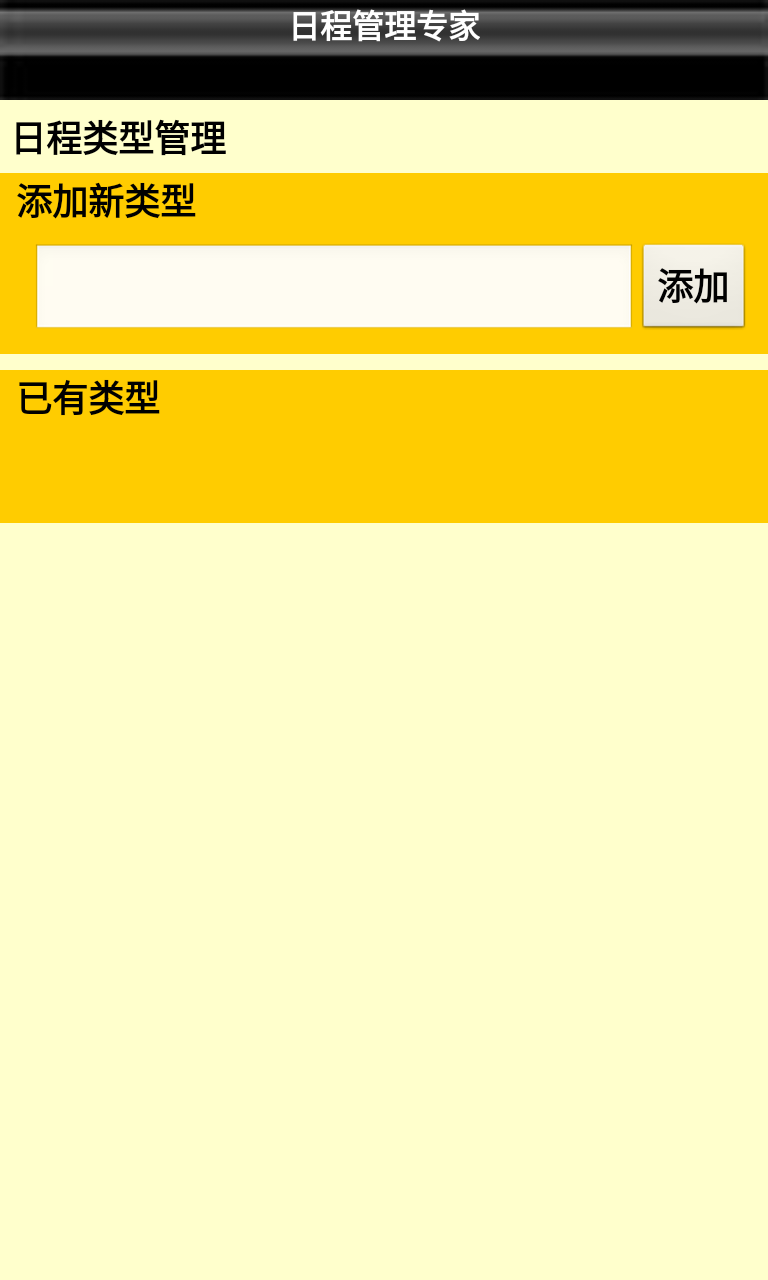
Repository: gogolaile/CoolWeather
Layout: DayDel/res/layout/add.xml
The author's editor kept a copy of each file at every save. The layout is drawn from the files as they stood at one save, then again after the next save.
It is drawn on a 768 x 1280 px phone screen (xhdpi) without system bars, with theme android:Theme.NoTitleBar.Fullscreen; the app's code is not run. Lists and similar views that code fills are empty.

Above is the layout before, as saved 2015-12-05 10:08:22.

### DayDel/res/layout/add.xml
<LinearLayout xmlns:android="http://schemas.android.com/apk/res/android"
    android:layout_width="match_parent"
    android:layout_height="match_parent"
    android:background="#FFFFCC"
    android:orientation="vertical">

    <FrameLayout
        android:layout_width="match_parent"
        android:layout_height="50dp"
        android:background="@drawable/title">
    <TextView
        android:layout_width="wrap_content"
        android:layout_height="wrap_content"
        android:text="@string/day_manager"
        android:textSize="16sp"
        android:textColor="#FFFF"
        android:textStyle="bold"
        android:layout_gravity="center_horizontal"
        />
     </FrameLayout>
    <TextView
        android:layout_width="wrap_content"
        android:layout_height="wrap_content"
        android:text="@string/daytype_manage"
        android:textSize="18sp"
        android:textColor="#000"
        android:textStyle="bold"
        android:layout_margin="5dp"/>
      <LinearLayout
          android:layout_width="match_parent"
          android:layout_height="wrap_content"
          android:orientation="vertical"
          android:background="#FFCC00">
        <TextView
           android:layout_width="wrap_content"
           android:layout_height="wrap_content"
           android:text="@string/add_new_type"
           android:textColor="#000"
           android:textStyle="bold"
           android:textSize="18sp"
           android:layout_marginLeft="8dp"
            />
           <TableLayout
                      android:layout_width="match_parent"
                      android:layout_height="wrap_content"
                      android:layout_margin="8dp"
                      android:stretchColumns="0"
                      >
                  <TableRow>
                    <EditText
                        android:id="@+id/add_type_edit"
                        android:layout_width="wrap_content"
                        android:layout_height="wrap_content"
                        android:textColor="#000"
                        android:textStyle="bold"
                        android:textSize="18sp"
                        android:layout_marginLeft="8dp"/>
                    <Button
                        android:id="@+id/add_type_button"
                        android:layout_width="wrap_content"
                        android:layout_height="wrap_content"
                        android:text="@string/add"
                        android:textColor="#000"
                        android:textStyle="bold"
                        android:textSize="18sp"/>
              </TableRow>
              </TableLayout>
     </LinearLayout>
           <LinearLayout
          android:layout_width="match_parent"
          android:layout_height="wrap_content"
          android:orientation="vertical"
          android:background="#FFCC00"
          android:layout_marginTop="8dp">
          <TextView
           android:layout_width="wrap_content"
           android:layout_height="wrap_content"
           android:text="@string/existing_type"
           android:textColor="#000"
           android:textStyle="bold"
           android:textSize="18sp"
           android:layout_marginLeft="8dp"
                 />
     <ListView
             android:layout_width="match_parent"
             android:layout_height="match_parent"
             android:background="#FFCC00"
             android:layout_marginLeft="5dp"
             android:layout_marginRight="5dp"
             android:layout_marginBottom="50dp">
     </ListView>
     </LinearLayout>
</LinearLayout>

### DayDel/res/values/strings.xml
<?xml version="1.0" encoding="utf-8"?>
<resources>

    <string name="app_name">DayDel</string>
    <string name="hello_world">Hello world!</string>
    <string name="action_settings">Settings</string>
    <string name="day_manager">日程管理专家</string>
    <string name="duty">已有日程</string>
    <string name="type">类型</string>
    <string name="theme">主题</string>
    <string name="remark">备注</string>
    <string name="add">添加</string>
    <string name="comeback">返回上一页</string>
    <string name="add_new_type">添加新类型</string>
    <string name="type_manager">类型管理</string>
    <string name="existing_type">已有类型</string>
    <string name="complete">完成</string>
    <string name="cancel">取消</string>
    <string name="set_the_alarm">设置闹钟</string>
    <string name="set_the_time">设置日期和时间</string>
    <string name="edit">更改</string>
    <string name="search">搜索</string>
    <string name="search_result">查找结果</string>
    <string name="limited_date_range">限定日期范围</string>
    <string name="conditions_search">按条件搜索</string>
    <string name="search_from">从指定类型中搜索</string>
    <string name="choose_all_type">选定以上所有类型</string>
    <string name="metting">会议</string>
    <string name="memo">备忘</string>
    <string name="date">约会</string>
    <string name="backlog">待办</string>
    <string name="date_changed">修改日程</string>
    <string name="date_build">新建日程</string>
    <string name="day">日期:2011/06/19</string>
    <string name="time">时间:08:00</string>
    <string name="alarm">闹钟:无闹钟</string>
    <string name="daytype_manage">日程类型管理</string>
</resources>

After the next save:
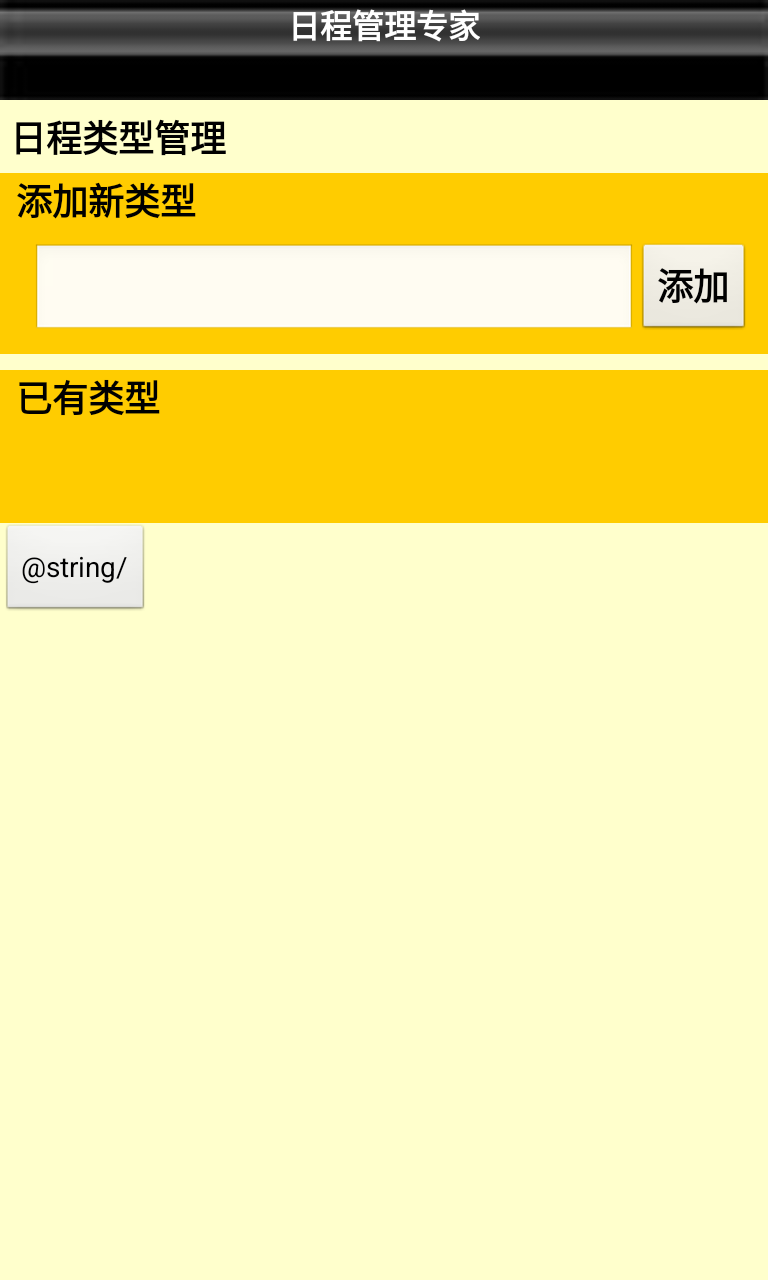
Saved 3 min 8 s later.
--- a/DayDel/res/layout/add.xml
+++ b/DayDel/res/layout/add.xml
@@ -90,4 +90,9 @@
              android:layout_marginBottom="50dp">
      </ListView>
      </LinearLayout>
+     <Button
+         android:layout_width="wrap_content"
+         android:layout_height="wrap_content"
+         android:text="@string/"
+         />
 </LinearLayout>
